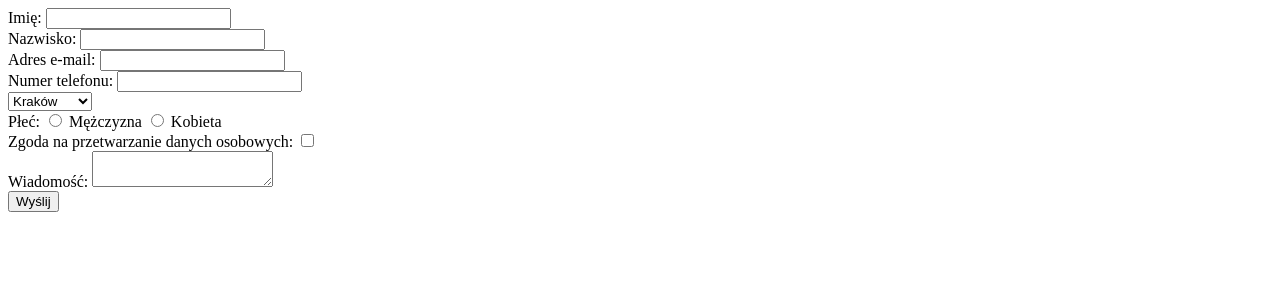
Repository: magdaf41/magdaf41.github.io
Page: zadania-domowe/HTML/zadanie_1/index.html
The author's editor kept a copy of each file at every save. The page is drawn from the files as they stood at one save, then again after the next save.
The browser window is 1280 px wide. The pictures show the whole page.

Above is the page before, as saved 2020-08-14 08:31:47.

After the next save:
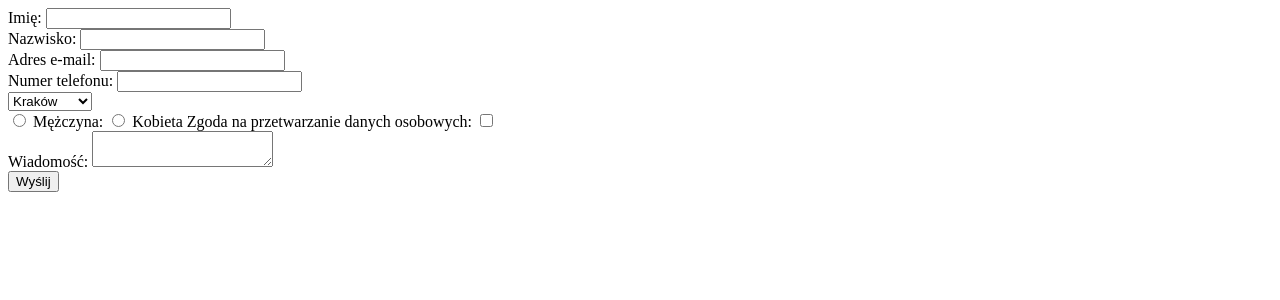
Saved 15 min 28 s later.
--- a/zadania-domowe/HTML/zadanie_1/index.html
+++ b/zadania-domowe/HTML/zadanie_1/index.html
@@ -28,9 +28,11 @@
             <option value="Gdańsk">Gdańsk</option>
         </select> <br>
 
-        <label for="gender">Płeć:</label>
-        <input type="radio" name="gender" class="gender"> Mężczyzna
-        <input type="radio" name="gender" class="gender"> Kobieta <br>
+
+        <input type="radio" name="gender" id="man">
+        <label for="man">Mężczyna:</label>
+        <input type="radio" name="gender" id="woman">
+        <label for="woman">Kobieta </label>
 
 
         <label for="agreement">Zgoda na przetwarzanie danych osobowych:</label>
